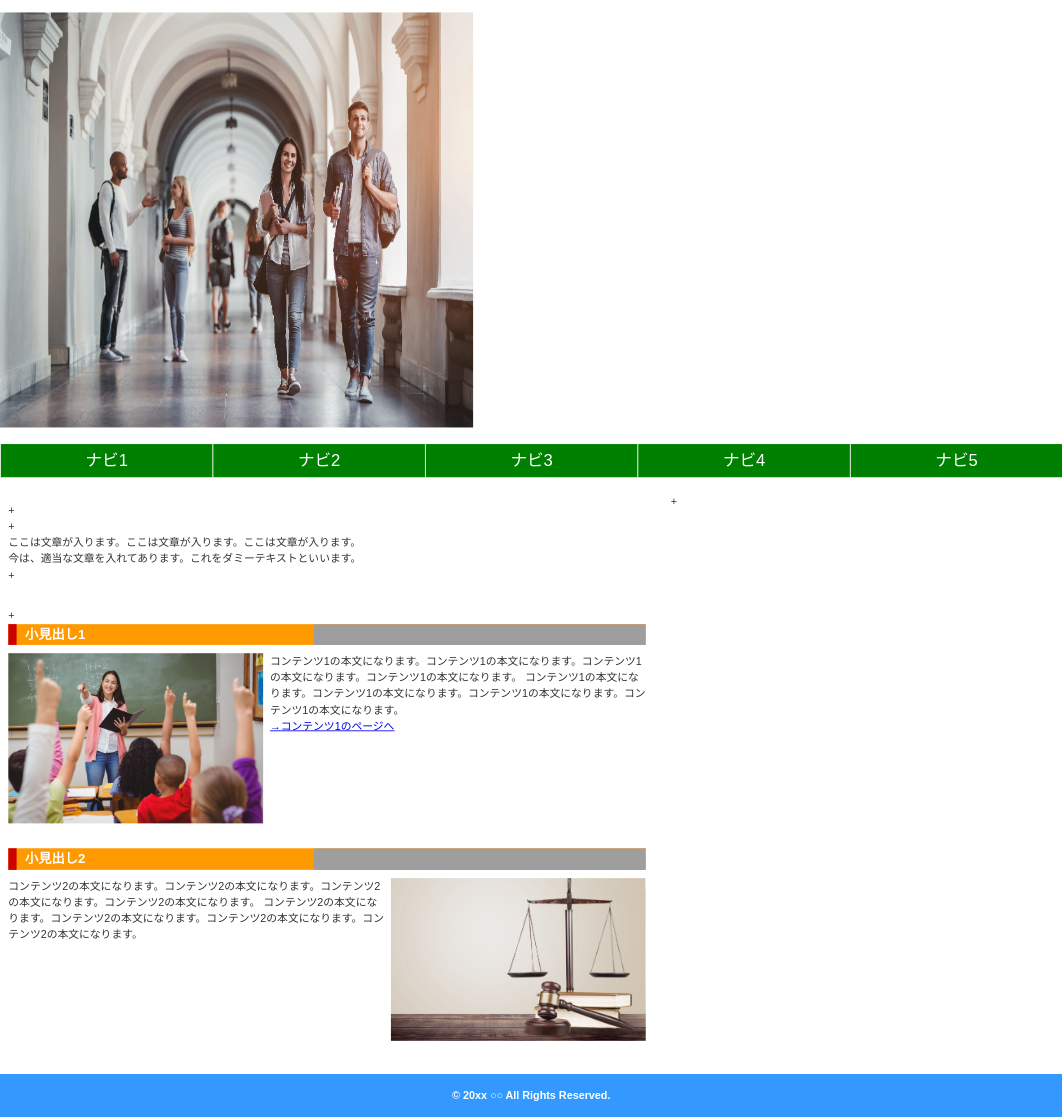
Repository: ondakoichi/samurai_HTML-CSS
Page: HTML/home.html
The author's editor kept a record of every edit. The page is drawn from the files as they stood at one moment, then again after the next edit.
The browser window is 1280 px wide. The pictures show the whole page, at 83% of full size.
Pictures or frames that could not be fetched are drawn as grey boxes.

Above is the page before.

After the next edit:
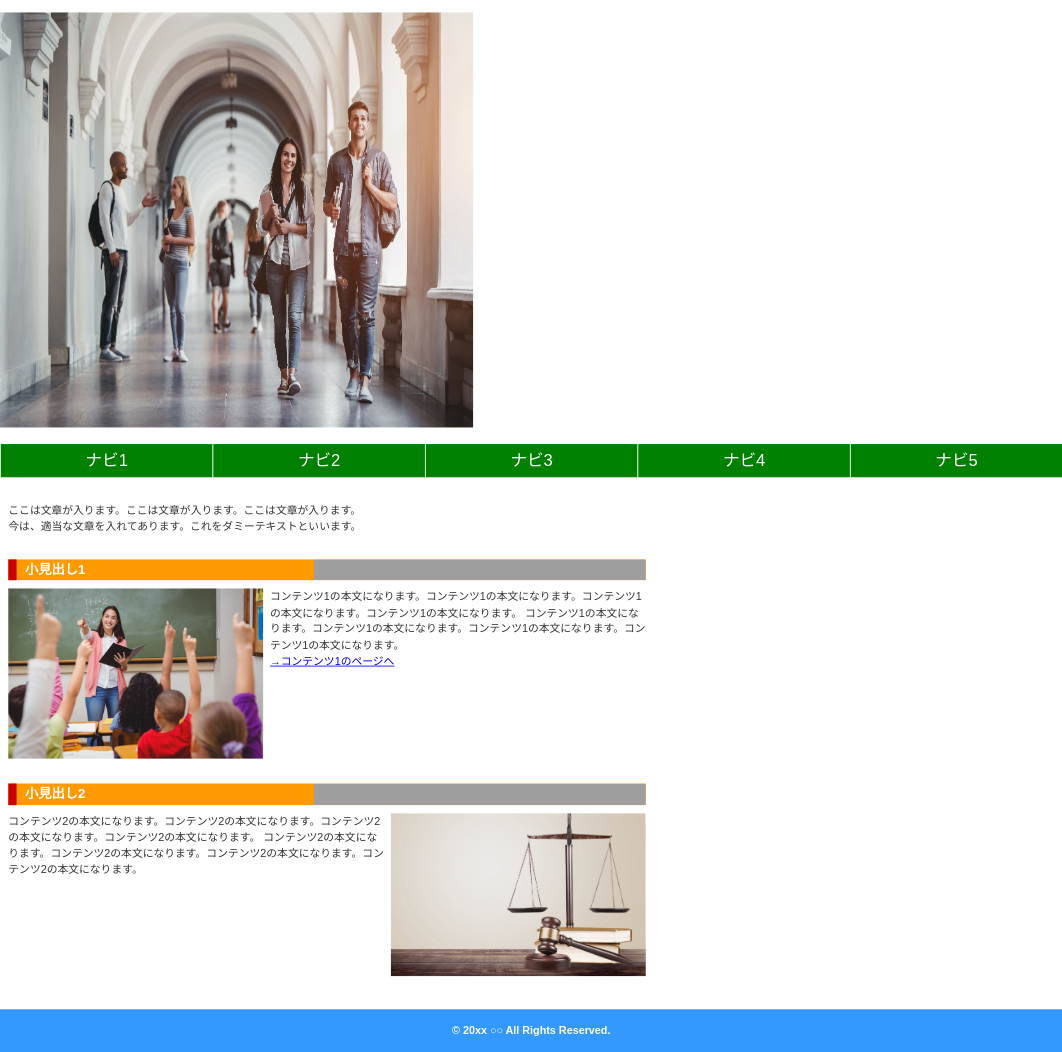
The edit:
--- a/HTML/home.html
+++ b/HTML/home.html
@@ -26,11 +26,11 @@
             </div>
         </div>
         <div id="container">
-+                <div id="main">
-+                    <div class="post">
-+                        <p>ここは文章が入ります。ここは文章が入ります。ここは文章が入ります。<br />今は、適当な文章を入れてあります。これをダミーテキストといいます。</p>
-+                    </div>
-+                    <div class="post clearfix">
+                <div id="main">
+                    <div class="post">
+                        <p>ここは文章が入ります。ここは文章が入ります。ここは文章が入ります。<br />今は、適当な文章を入れてあります。これをダミーテキストといいます。</p>
+                    </div>
+                    <div class="post clearfix">
                         <h2>小見出し1</h2>
                         <img class="left" src="images/classroom.jpg" alt="授業風景" />
                      <p>
